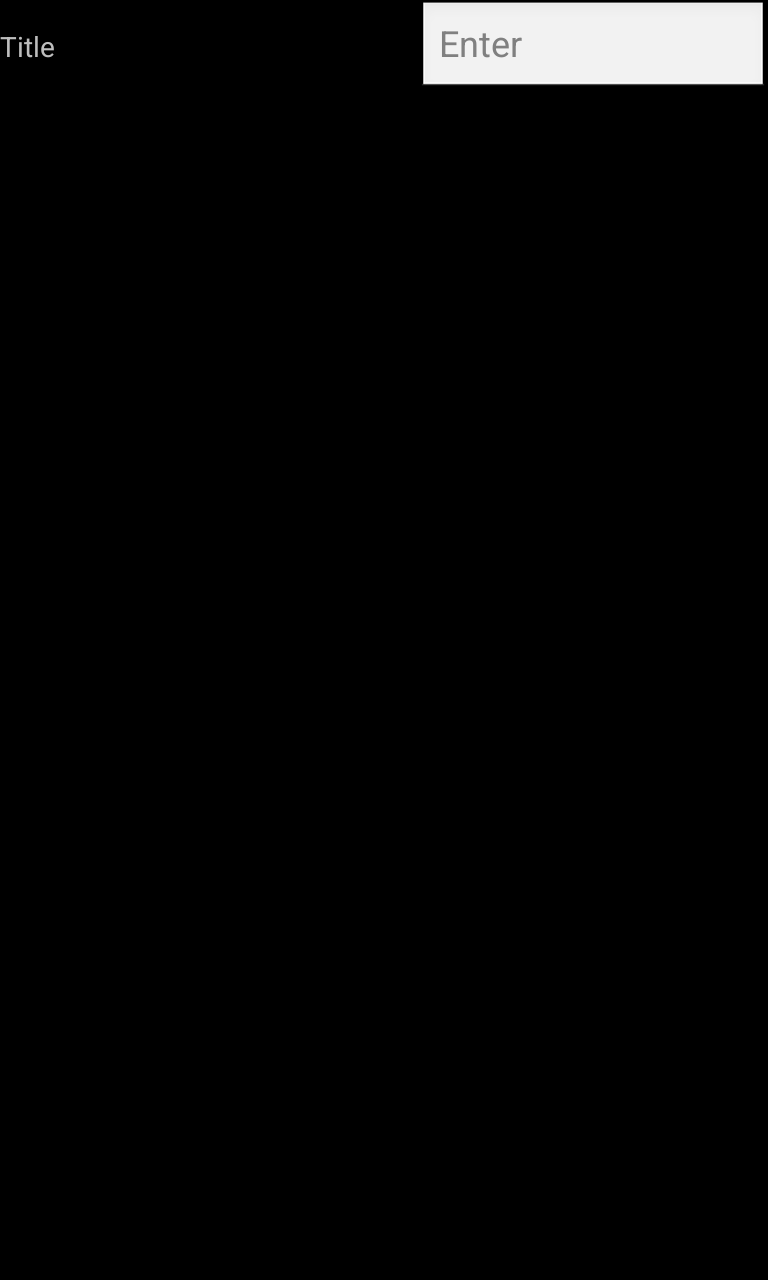
Repository: hilfialkaff/todo
Layout: ToDo_Replica/res/layout/add.xml
These files come from the project's save history. The layout is drawn as it stood at one moment and after the next save; the edit follows.
It is drawn on a 768 x 1280 px phone screen (xhdpi) without system bars, with theme CustomTheme; the app's code is not run.

Above is the layout before, as saved 2011-03-18 01:00:12.

### ToDo_Replica/res/layout/add.xml
<?xml version="1.0" encoding="utf-8"?>
<LinearLayout xmlns:android="http://schemas.android.com/apk/res/android"
    android:layout_width="fill_parent"
    android:layout_height="fill_parent">
<TableLayout
	android:id="@+id/tl_add"
	android:layout_width="fill_parent"
	android:layout_height="wrap_content"
	android:stretchColumns="0">
	<TableRow
		android:id="@+id/tr_title"
		android:layout_width="fill_parent"
		android:layout_height="wrap_content">
		<TextView
			android:id="@+id/tv_title"
			android:layout_width="wrap_content"
			android:layout_height="wrap_content"
			android:text="Title">
		</TextView>
		<EditText
			android:id="@+id/et_title"
			android:layout_width="350px"
			android:layout_height="wrap_content"
			android:hint="Enter">
	</EditText>
</TableRow>
</TableLayout>

<TableLayout
	android:id="@+id/tl_info"
	android:layout_width="fill_parent"
	android:layout_height="wrap_content"
	android:stretchColumns="0">

<TableLayout
	android:id="@+id/Line01"
	android:layout_width="fill_parent"
	android:layout_height="1dip"
	android:background="#FFFFFFFF">
</TableLayout>

<TableLayout
	android:id="@+id/Line02"
	android:layout_width="fill_parent"
	android:layout_height="1dip"
	android:background="#00000000">
</TableLayout>

<TableRow
	android:id="@+id/todo"
	android:layout_width="wrap_content"
	android:layout_height="wrap_content">
	<TextView
		android:layout_width="fill_parent"
		android:layout_height="wrap_content"
		android:text="ToDo	: ">
	</TextView>
	<EditText
		android:id="@+id/et_todo"
		android:layout_width="wrap_content"
		android:layout_height="wrap_content"
		android:text="">
	</EditText>
</TableRow>

<TableRow
	android:id="@+id/tags"
	android:layout_width="wrap_content"
	android:layout_height="wrap_content">
	<TextView
		android:layout_width="fill_parent"
		android:layout_height="wrap_content"
		android:text="Tags	: ">
	</TextView>
	<EditText
		android:id="@+id/et_tags"
		android:layout_width="wrap_content"
		android:layout_height="wrap_content"
		android:text="">
	</EditText>
</TableRow>

<TableRow
	android:id="@+id/notes"
	android:layout_width="wrap_content"
	android:layout_height="wrap_content">
	<TextView
		android:layout_width="fill_parent"
		android:layout_height="wrap_content"
		android:text="Notes	: ">
	</TextView>
	<EditText
		android:id="@+id/et_notes"
		android:layout_width="wrap_content"
		android:layout_height="wrap_content">
	</EditText>
</TableRow>

</TableLayout>

<TableLayout
	android:id="@+id/tl_button"
	android:layout_width="fill_parent"
	android:layout_height="wrap_content">
	<Button
		android:id="@+id/b_save"
		android:layout_width="wrap_content"
		android:layout_height="wrap_content"
		android:text="Save">
	</Button>
</TableLayout>
</LinearLayout>

### ToDo_Replica/res/values/custom_style.xml
<?xml version="1.0" encoding="UTF-8"?>
<resources>
    <style name="CustomWindowTitleBackground" parent="android:WindowTitleBackground">
        <item name="android:background">@android:color/transparent</item>
    </style>
    <style name="CustomTheme" parent="android:Theme">
        <item name="android:windowTitleSize">50px</item>
        <item name="android:windowTitleBackgroundStyle">@style/CustomWindowTitleBackground</item>
    </style>
</resources>

After the next save:
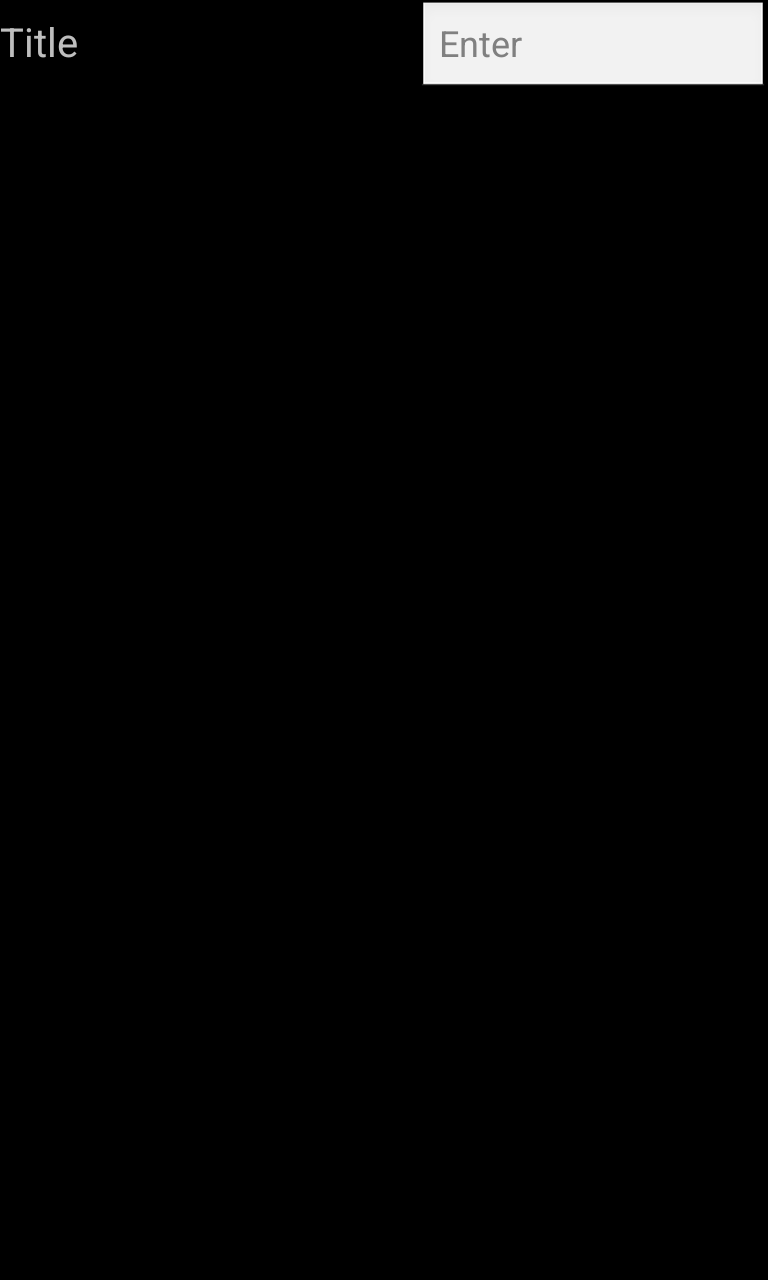
Saved 32 s later.
--- a/ToDo_Replica/res/layout/add.xml
+++ b/ToDo_Replica/res/layout/add.xml
@@ -15,7 +15,8 @@
 			android:id="@+id/tv_title"
 			android:layout_width="wrap_content"
 			android:layout_height="wrap_content"
-			android:text="Title">
+			android:text="Title"
+			android:textSize="20">
 		</TextView>
 		<EditText
 			android:id="@+id/et_title"
